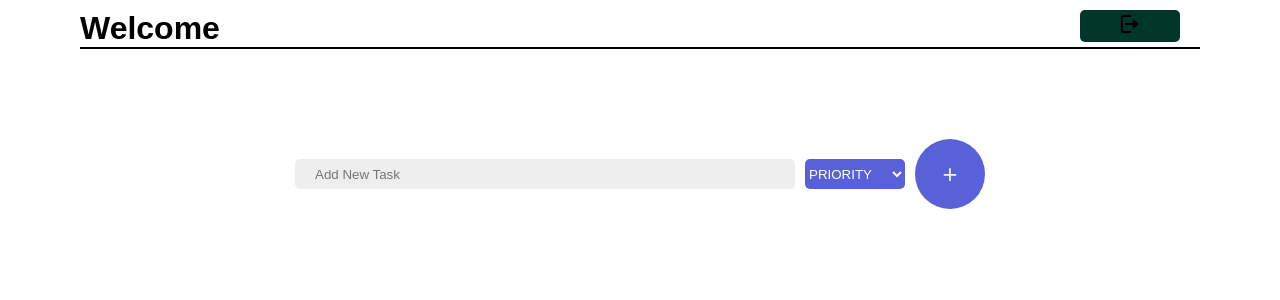
Repository: tebo27cMd/todo_App
Page: /HomePage
The author's editor kept a copy of each file at every save. The page is drawn from the files as they stood at one save, then again after a run of saves.
The browser window is 1280 px wide. The pictures show the whole page.
The page's requests for data from a server got no answer. The project was rebuilt for these pictures with package versions that can differ from the ones it lists, and the page was loaded fresh each time. No one was signed in, and anything a server would have sent is missing. Also part of the build but not shown: src/Pages/LoginPage.jsx, src/Pages/SignInPage.jsx.

Above is the page before, as saved 2022-08-23 12:11:52.

After the next 3 saves:
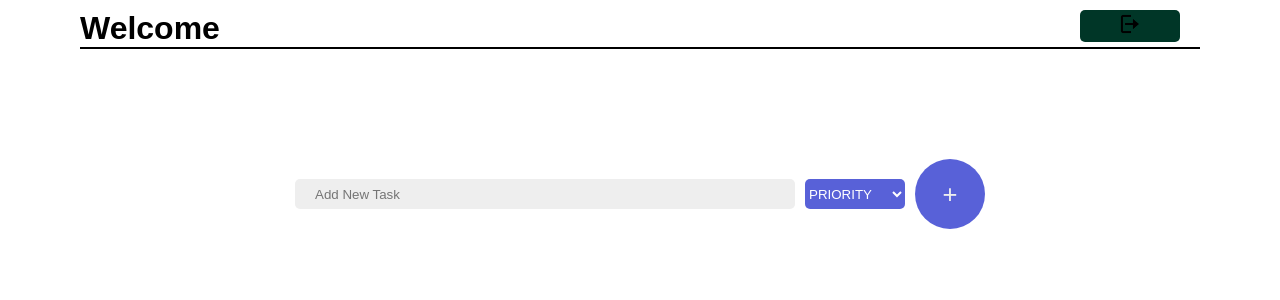
The 3 saves are shown as one change because they came seconds apart.
The last was saved 14 s later.
--- a/src/css/HomePage.css
+++ b/src/css/HomePage.css
@@ -121,7 +121,7 @@ height: 90px;
 .input-fields {
     display: flex;
     align-items: center;
-    height: 90px;
+    height: 130px;
 
 }
 
